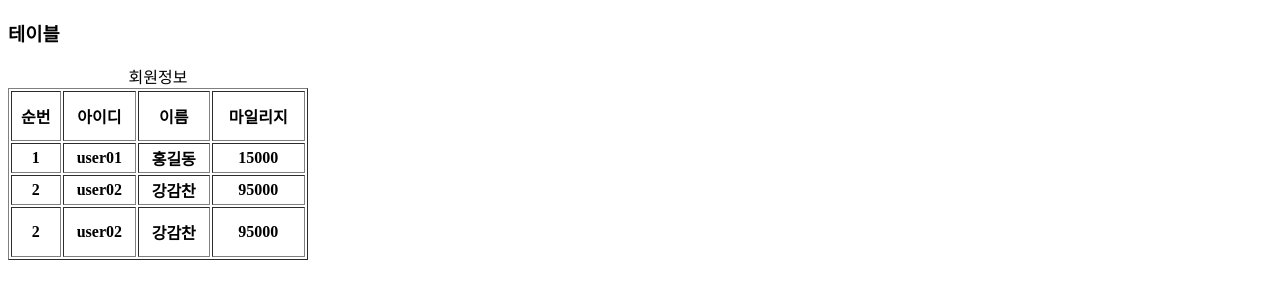
Repository: helloJunejun/WorkSpace_WebUi
Page: 0.2html_form_table/src/main/webapp/sample_table.html
These files come from the project's save history. The page is drawn as it stood at one moment and after the next save; the edit follows.
The browser window is 1280 px wide. The pictures show the whole page.

Above is the page before, as saved 2021-06-24 01:19:40.

After the next save:
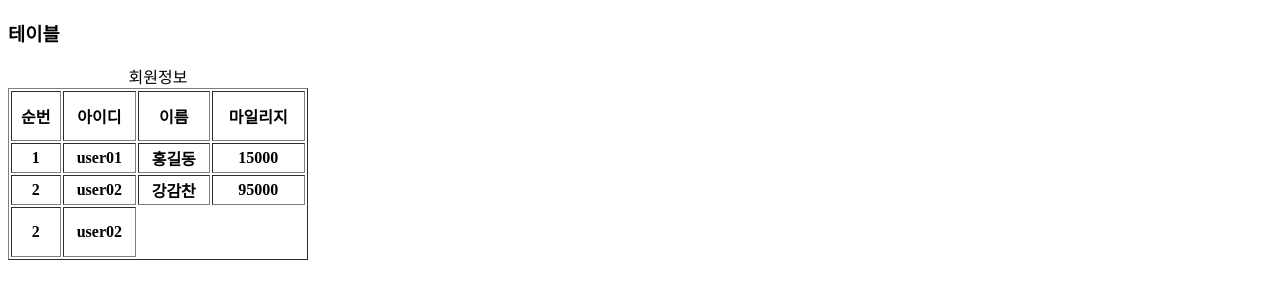
Saved 60 s later.
--- a/0.2html_form_table/src/main/webapp/sample_table.html
+++ b/0.2html_form_table/src/main/webapp/sample_table.html
@@ -32,8 +32,6 @@
 	<tr height="50px">
 		<th>2</th>
 		<th>user02</th>
-		<th>강감찬</th>
-		<th>95000</th>
 	</tr>
 </table>
 </body>
